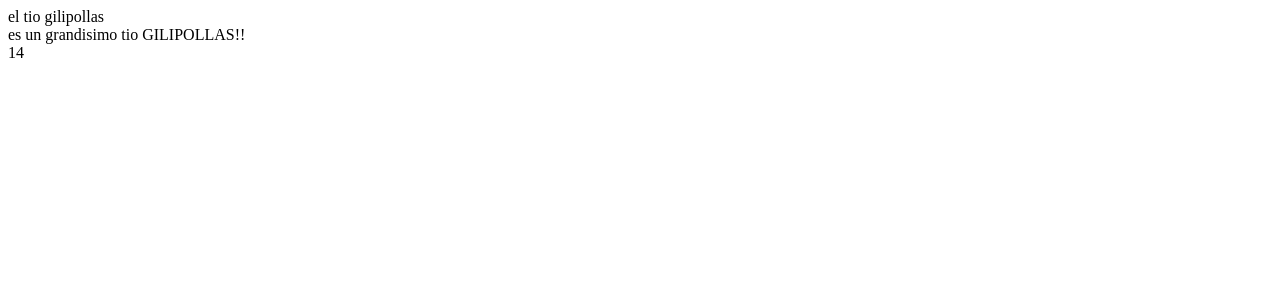
Repository: LionardoGomiz/CRUD-JS-VAINILLA
Page: http://localhost/gilipollas.php
These files come from the project's save history. The page is drawn as it stood at one moment and after the next save; the edit follows.
The browser window is 1280 px wide. The pictures show the whole page.
The page is run by PHP 8.4 with error messages shown; the project is at /var/www/html/.

Above is the page before, as saved 2021-08-13 20:05:21.

After the next save:
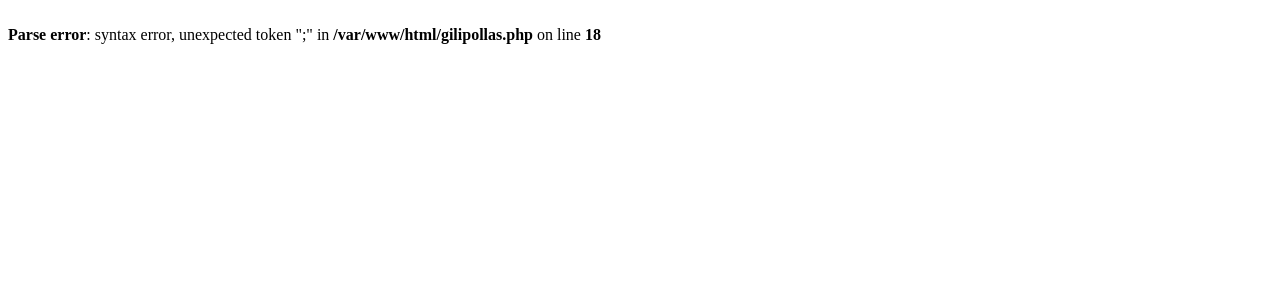
Saved 117 s later.
--- a/gilipollas.php
+++ b/gilipollas.php
@@ -15,7 +15,7 @@
     echo "es un grandisimo tio GILIPOLLAS!!";
 }
 
-while ($num1 <= 10) {
+while ($num1 <= 10; $num1++) {
     echo $num1;
 }
 

After the save that followed:
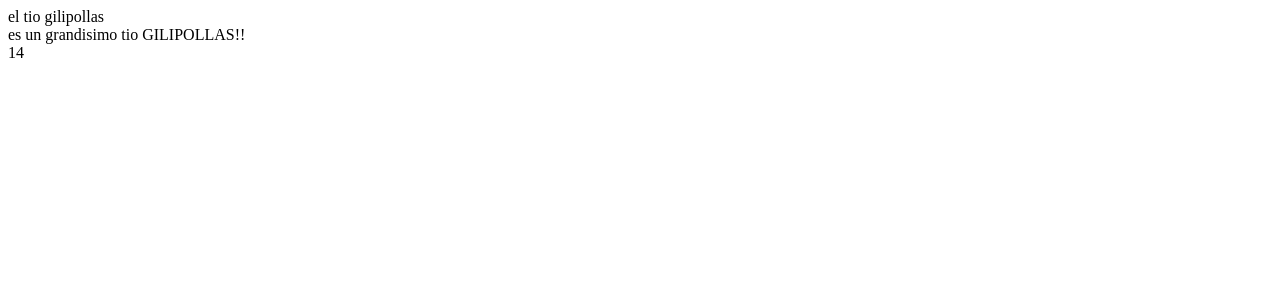
Saved 7 min 23 s later.
--- a/gilipollas.php
+++ b/gilipollas.php
@@ -15,10 +15,10 @@
     echo "es un grandisimo tio GILIPOLLAS!!";
 }
 
-while ($num1 <= 10; $num1++) {
+while ($num1 <= 10) {
     echo $num1;
 }
 
-echo "<BR>";
+echo "<br>";
 
 echo ($num1+$num2);
